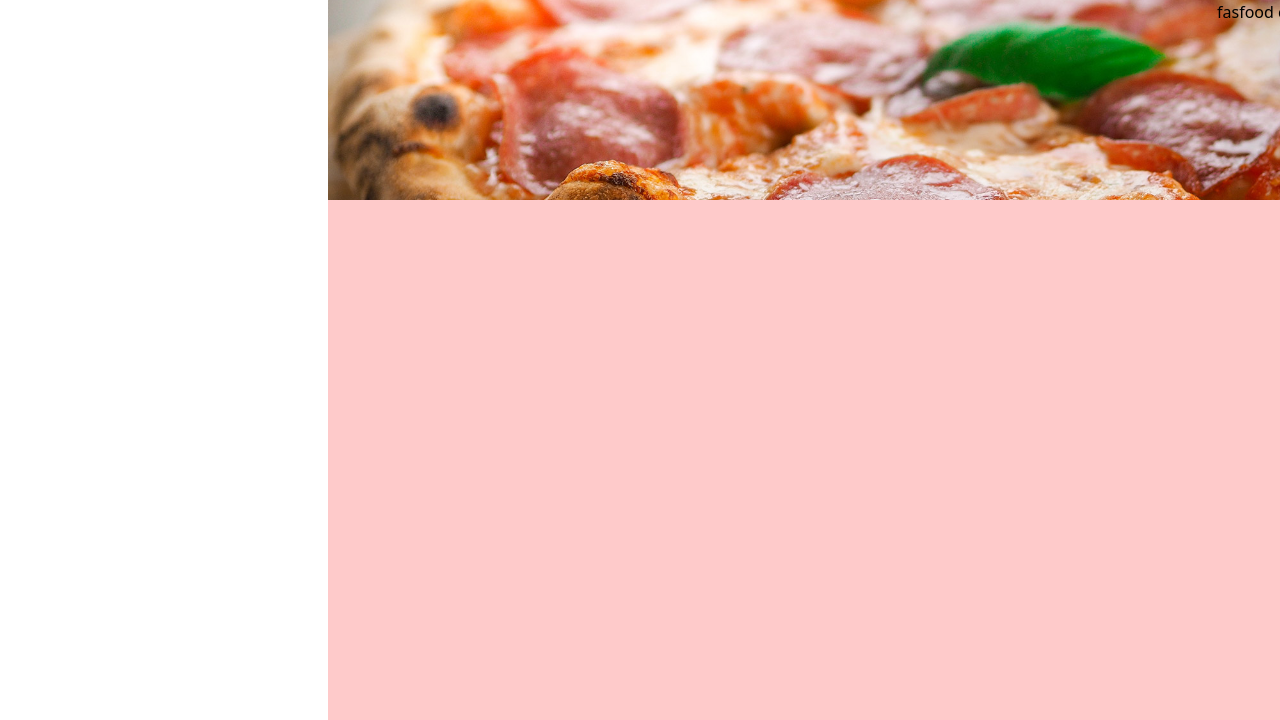
Repository: zahranaserii/FastFoodProject
Page: /
The author's editor kept a copy of each file at every save. The page is drawn from the files as they stood at one save, then again after the next save.
The browser window is 1280 px wide. The pictures show the whole page.
The project was rebuilt for these pictures with package versions that can differ from the ones it lists, and the page was loaded fresh each time.

Above is the page before, as saved 2023-11-17 11:17:24.

After the next save:
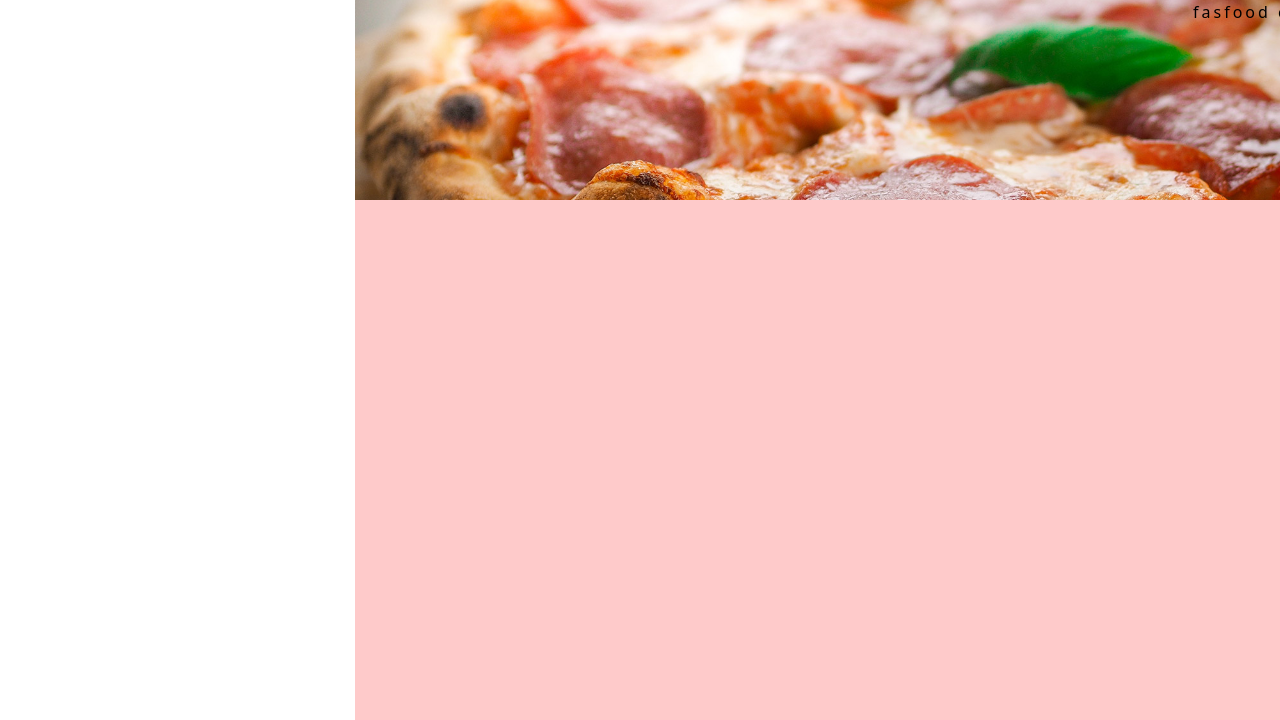
Saved 72 s later.
--- a/src/Header/header.css
+++ b/src/Header/header.css
@@ -1,4 +1,5 @@
 header {
   height: 200px;
   background: url("../assets/images/PIZZA-COVER.jpg");
+  letter-spacing: 3px;
 }
